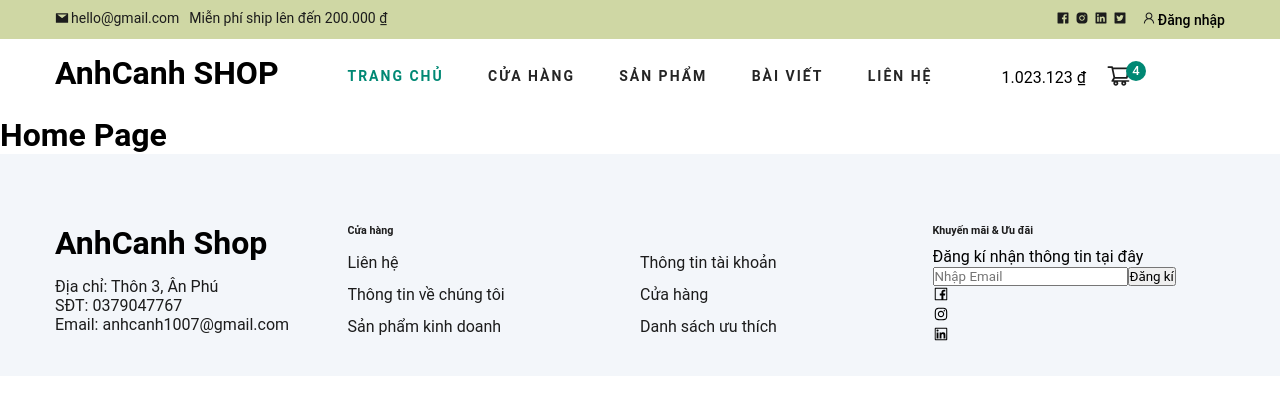
Repository: anhcanh1007/show_product
Page: /
An editor plug-in stored every save of this project. The page is shown before and after a run of saves, followed by the edit.
The browser window is 1280 px wide. The pictures show the whole page.
The project was rebuilt for these pictures with package versions that can differ from the ones it lists, and the page was loaded fresh each time. Imported but missing from the stored project, and not drawn on this page: src/pages/user/profilePage.

Above is the page before, as saved 2024-01-26 23:09:18.

After the next 2 saves:
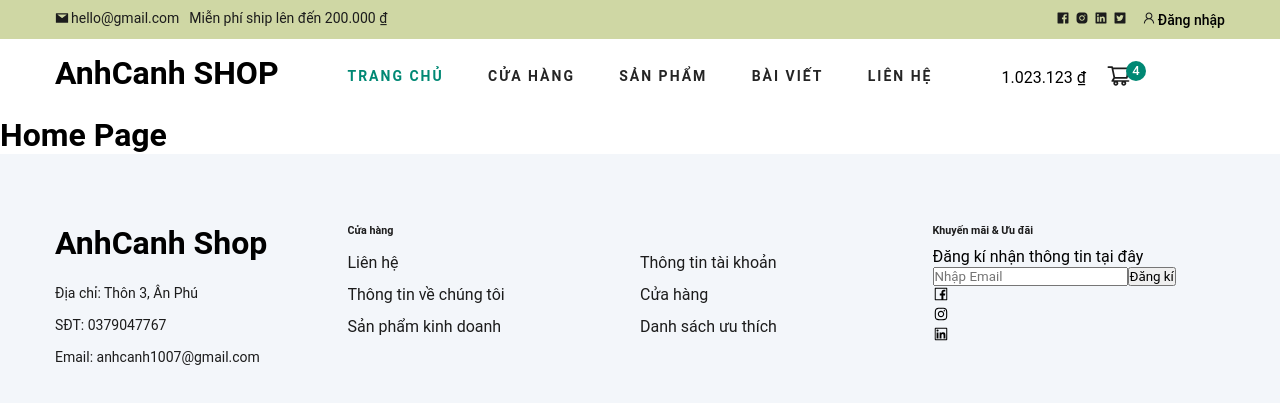
The 2 saves are shown as one change because 1 did not build or start.
The last was saved 13 s later.
--- a/src/pages/user/theme/footer/style.scss
+++ b/src/pages/user/theme/footer/style.scss
@@ -18,7 +18,8 @@
             li {
                 list-style: none;
                 color: map.get($theme-colors, 'normal_text');
-
+                font-size: 14px;
+                line-height: 32px;
             }
         }
     }
